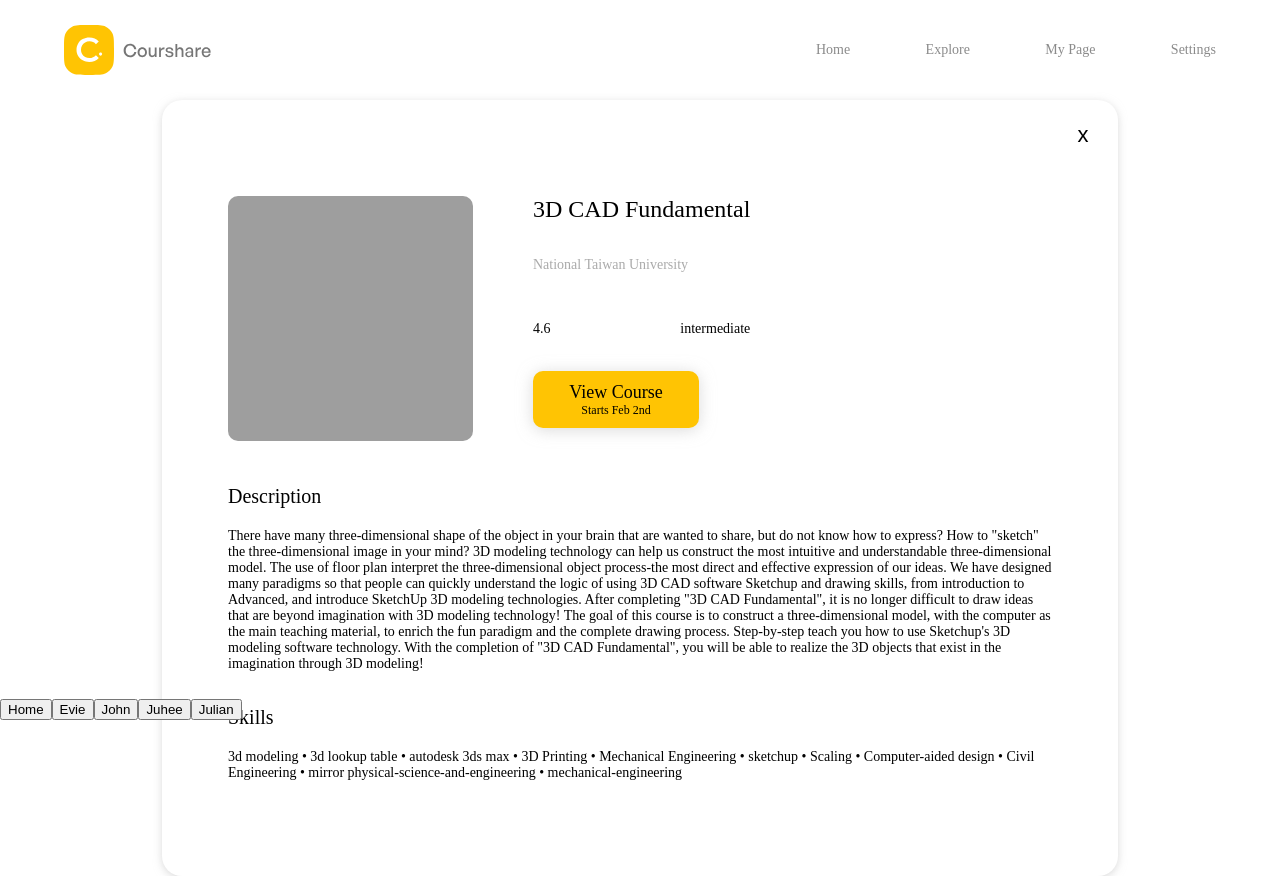
Repository: julianm09/courshare-app
Page: /comps/juhee
An editor plug-in stored every save of this project. The page is shown before and after the next save, followed by the edit.
The browser window is 1280 px wide. The pictures show the whole page.
Pictures or frames that could not be fetched are drawn as grey boxes. The project was rebuilt for these pictures with package versions that can differ from the ones it lists, and the page was loaded fresh each time. The framework's server and built-in components were replaced by stand-ins that run in the browser. Also part of the build but not shown: next.config.js.

Above is the page before, as saved 2022-02-07 14:45:08.

After the next save:
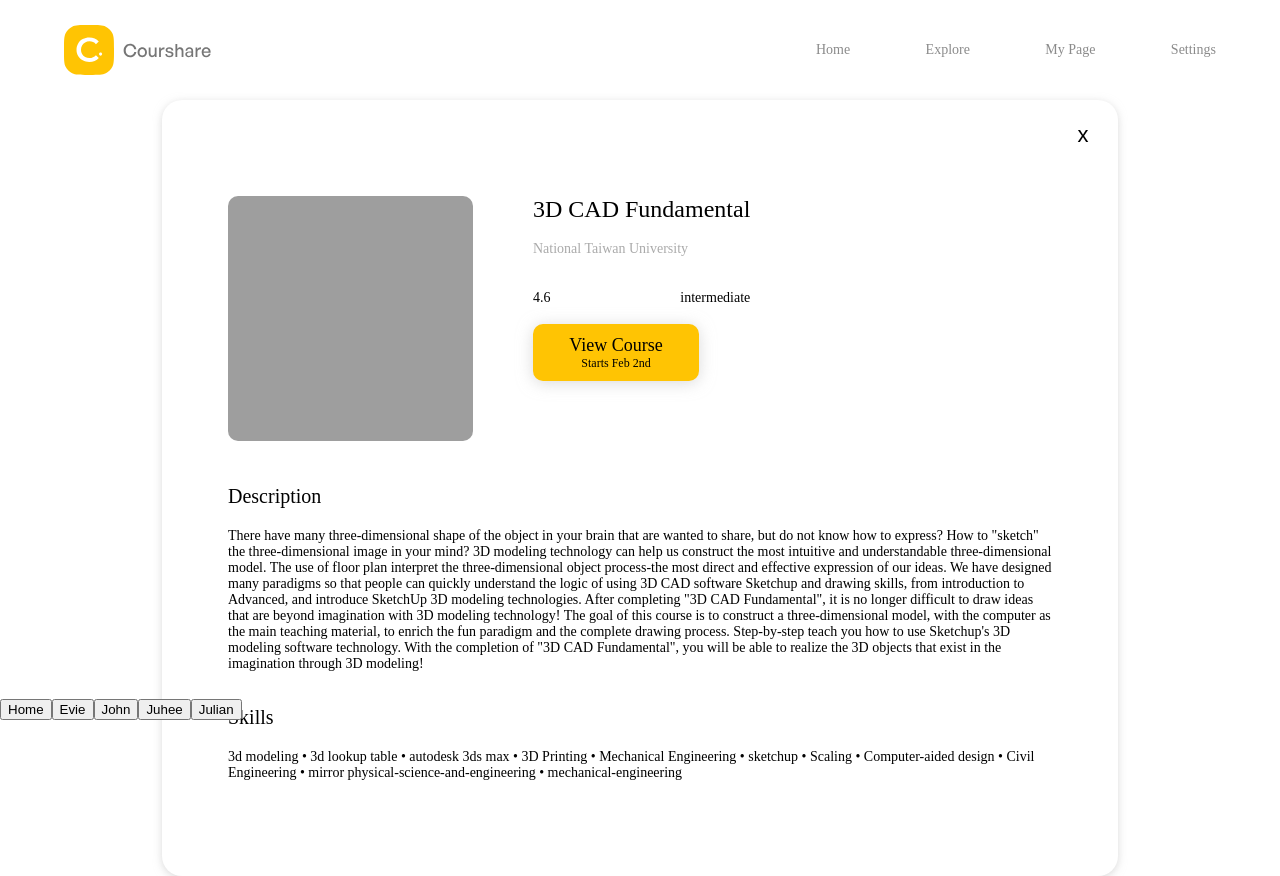
Saved 12 s later.
--- a/components/CourseDetailCard.js
+++ b/components/CourseDetailCard.js
@@ -65,7 +65,7 @@ const RightSmallCont = styled.div`
   display: flex;
   flex-direction: row;
   justify-content: space-between;
-  margin-bottom: 20px;
+  margin-bottom: 2%;
 `;
 const SecondCont = styled.div`
   margin-top: 20px;
